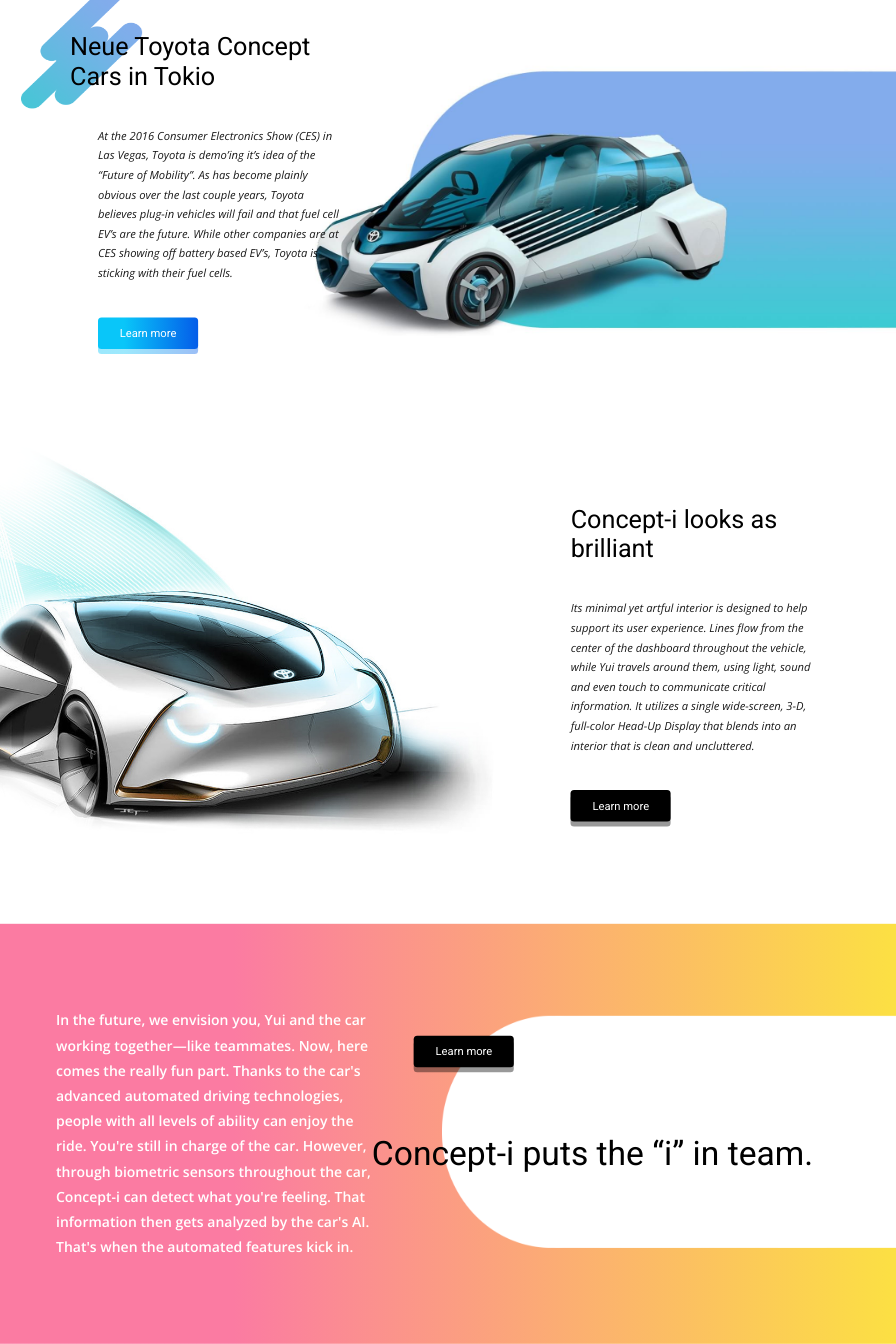
Repository: ThanhThn/Moto-Toyota
Page: index.html
These files come from the project's save history. The page is drawn as it stood at one moment and after the next save; the edit follows.
The browser window is 1280 px wide. The pictures show the part of the page from y = 2024 to 3944 px (the page is 3944 px tall), at 70% of full size.

Above is the page before, as saved 2022-07-07 13:27:27.

### index.html
<!DOCTYPE html>
<html lang="en">
<head>
    <meta charset="UTF-8">
    <meta http-equiv="X-UA-Compatible" content="IE=edge">
    <meta name="viewport" content="width=device-width, initial-scale=1.0">
    <title>Document</title>
    <!-- === CSS Files === -->
    <link rel="stylesheet" href="css/style.css">
</head>
<body>
    <!-- === Main Container Start === -->
    <div class="main-container">
        <!-- === Heading Start === -->
        <div class="heading">
            <div class="logo">
                <a href="#"><img src="images/logo.png" alt="logo"></a>
            </div>
            <div class="menu">
                <ul class="nav">
                    <li><a href="#" class="chossen">Home</a></li>
                    <li><a href="#">About</a></li>
                    <li><a href="#">Contact</a></li>
                </ul>
            </div>
        </div>
        <!-- === Heading End === -->
        <!-- === Content Start === -->
        <div class="content">
            <!-- === Slider start === -->
            <div class="slider-container">
                <img src="images/7502b12d9a12f809e3996ea2e26b5c30.jpeg" alt="">
                <div class="slider-content">
                    <h1>Toyota Concept-i Series</h1>
                    <p>Toyota Concept-i and its forward-thinking UX hold a mirror up to a future that is warm, friendly, engaging and, most of all—fun. Without further ado, meet Concept-i.</p>
                </div>
            </div>
            <!-- === Slider End === -->
            <!-- === Content Start === -->
            <section class="body-container-content">
                <img class="overflow-img img-defaut" src="images/6f5de08df6c1a4f14c65050e1ff59f2c.jpeg" alt="">
                <div class="body-content">
                    <h3 class="heading-content" >The future has arrived.</h3>
                    <p class="text-content">While we can't predict the future, we can inspire it. So what will our cars look like and how will they function? Will we drive them or will they drive us? That seems to be the question on everyone's mind. Well, we have an idea. Cars are for people who want to go to more places safely and efficiently</p>
                    <div class="yellow-btn">Learn more</div>
                    <img src="images/bd87ca380d82a1c6fad66fa9fc53bc48.png" alt=""  class="paint paint-1">
                </div>
                <img src="images/logo.png" alt="" class="logo-cover logo-body">

            </section>
            <section class="body-container-content">
                <div class="body-content">
                    <h3 class="heading-content">
                        <p>Less of a machine.</p>
                        <p>More of a pal.</p>
                    </h3>
                    <p class="text-content" style="margin-left:20px;">
                        Concept-i follows our belief that vehicles shouldn't start with technology—they should start, and end, with the experience of the people who use them. Therefore, Concept-i was built from the inside out, with a focus on making it immersive, energetic and, most importantly—approachable.
                    </p>
                    <div class="black-btn" style="margin-left:20px;">Learn more</div>
                </div>
                <img src="images/094e953db5791c71cbf6cb2692c9da18.jpeg" alt=""  class="img">
            </section>
            <!-- === Content End === -->
            <section class="body-container-content">
                <div class="body-content">
                    <h3 class="heading-content">
                        Neue Toyota Concept Cars in Tokio
                    </h3>
                    <p class="text-content">
                        At the 2016 Consumer Electronics Show (CES) in Las Vegas, Toyota is demo’ing it’s idea of the “Future of Mobility”.  As has become plainly obvious over the last couple years, Toyota believes plug-in vehicles will fail and that fuel cell EV’s are the future.  While other companies are at CES showing off battery based EV’s, Toyota is sticking with their fuel cells.
                    </p>
                    <div class="blue-btn">Learn more</div>
                    <img src="images/93c8d638317c741291e390fb2c10a215.png" alt="" class="paint paint-2">
                </div>
                <img src="images/8be8de663c4ab7eee8b3e53c31cbb581.jpeg" alt=""  class="img" id="img-center">
            </section>
            <section class="body-container-content">
                <img src="images/4c134e2df3106c5e28f93f94161e3242.png" alt=""  class="overflow-img img-defaut" style="width: 760px; height: 636px;">
                <div class="body-content" style="margin-bottom: 60px; margin-right: 80px;">
                    <h3 class="heading-content" >
                        Concept-i looks as brilliant
                    </h3>
                    <p class="text-content" style="margin-left:20px;">
                        Its minimal yet artful interior is designed to help support its user experience. Lines flow from the center of the dashboard throughout the vehicle, while Yui travels around them, using light, sound and even touch to communicate critical information. It utilizes a single wide-screen, 3-D, full-color Head-Up Display that blends into an interior that is clean and uncluttered.
                    </p>
                    <div class="black-btn" style="margin-left:20px;">Learn more</div>
                </div>
            </section>
            <section class="content-center body-container-content">
                <div  class="text-content" id="text">
                    <p>
                        In the future, we envision you, Yui and the car working together—like teammates. Now, here comes the really fun part. Thanks to the car's advanced automated driving technologies, people with all levels of ability can enjoy the ride. You're still in charge of the car. However, through biometric sensors throughout the car, Concept-i can detect what you're feeling. That information then gets analyzed by the car's AI. That's when the automated features kick in.
                    </p>
                </div>
                <div class="i-team">
                    <img src="images/c7a5eef7434a3c41abc67dbea4472211.png" alt="">
                    <div>
                        <h3>Concept-i puts the “i” in team.</h3>
                        <div class="black-btn" id="black-btn-1">Learn more</div>
                    </div>
                </div>
            </section>
        </div>
        <!-- === Content End === -->
    </div>
    <!-- === Main Container End === -->
    <!-- === JS Files === -->
    <script src="js/script.js"></script>
</body>
</html>

### css/style.css
@import url('https://fonts.googleapis.com/css2?family=Open+Sans:ital,wght@0,600;0,700;1,400;1,600&family=Roboto&display=swap');
:root{
    --text: #1a1a1a;
    --text-chossen:#478ac9;
    --heading-family: 'Roboto', sans-serif;
    --body-family: 'Open Sans', sans-serif;
}
*
{
    margin: 0;
    padding: 0;
    outline: none;
    text-decoration: none;
    box-sizing: border-box;
}
.overflow-img
{
    overflow: hidden;
}

.img-defaut
{
    object-fit: cover;
}
.logo-cover
{
    width: 65px !important;
    height: 60px !important;
    opacity: 0.25;
}
.paint
{
    width: 173px  !important;
    height: 186px !important;
    position: absolute;
    z-index: -1;
}
.heading
{
    height: 115px;
    width: 100%;
    display : flex;
    justify-content: space-around;
}
.heading .logo{
    width: 92px;
    height: 92px;
    margin-top: 11.5px;
}
.heading .logo a img
{
    width: 92px;
    height: 92px;
}
.heading .menu .nav
{
    font-family:var(--body-family);
    font-size: 16px;
    font-weight: 700;
    list-style: none;
    display: flex;
    padding: 14px 0px 14px 0px;
    margin-top: 50px;
}
.heading .menu .nav li
{
    padding: 0px 20px 0px 20px;
}
.heading .menu .nav  li a
{
    color: var(--text);
}
.chossen
{
    color: var(--text-chossen) !important;
}

.slider-container
{
    text-align: center;
}
.slider-container img
{
    display: block;
    height: 260px;
    width: 820px;
    margin-left: auto;
    margin-right: auto;
    margin-top: 54px;
}
.slider-content
{
    width: 784px;
    height: 324px;
    margin-left: auto;
    margin-right: auto;
    margin-top: 20px;
}
.slider-content h1
{
    font-family: var(--heading-family);
    font-size: 72px;
    font-weight: 400;
    padding: 20px 13px 0 13px ;
}
.slider-content p
{
    font-family: var(--body-family);
    font-size: 20px;
    font-style: italic;
    opacity: 0.6;
    font-weight: 600;
    padding: 20px 13px 0 13px ;
}
.body-container-content
{
    display: flex;
    margin: 99px auto 0 0;
    align-items: flex-end;
    justify-content: space-between;
}

.body-container-content img
{
    width:  calc(((100% - 1140px) / 2) + 656px);;
    display: block;
    height: 464px;
    object-position: 100% 0%;
    background-position: 100% 0%;
}

.body-container-content .body-content
{
    position: relative;
    width: 430px;
    height: 480px;
    margin-left: 80px;

    z-index: 1;
}

.body-content .heading-content
{
    font-family: var(--heading-family);
    font-size: 36px;
    font-weight: 400;
    margin: 40px 0 0 20px;
}
.body-content .text-content
{
    font-family: var(--body-family);
    font-weight: 400;
    opacity: 0.9;
    font-style: italic;
    margin: 50px 20px 0 60px;
    word-wrap: break-word;
    line-height: 28px;
}

.yellow-btn
{
    color: #fff;
    width: 143px;
    height: 45px;
    background-image: linear-gradient(to left, #fce043 0%, #fb7ba2 74%);
    border: none;
    border-radius: 5px ;
    display: flex;
    justify-content: center;
    align-items: center;
    font-family: var(--heading-family);
    margin: 50px 0 0 60px;
}
.yellow-btn::before {
    content: "";
    background: linear-gradient(to left, #fce043 0%, #fb7ba2 74%);
    position: absolute;
    opacity: 0.4;
    width: 143px;
    height: 45px;
    border-radius: 5px;
    transform: translateY(7px);
    z-index: -1;
}
.black-btn
{
    background-color: #000;
    color: #fff;
    box-shadow: 0 7px rgba(0, 0, 0, 0.4);
    width: 143px;
    height: 45px;
    border: none;
    border-radius: 5px ;
    display: flex;
    justify-content: center;
    align-items: center;
    font-family: var(--heading-family);
    margin: 50px 0 0 60px;
}
.black-btn:active
{
    transform: translateY(7px);
    box-shadow: none;
}

.blue-btn
{
    color: #fff;
    width: 143px;
    height: 45px;
    background-image: linear-gradient(to left, #045de9 0%, #09c6f9 74%);
    border: none;
    border-radius: 5px ;
    display: flex;
    justify-content: center;
    align-items: center;
    font-family: var(--heading-family);
    margin: 50px 0 0 60px;
}
.blue-btn::before {
    content: "";
    background: linear-gradient(to left, #045de9 0%, #09c6f9 74%);
    position: absolute;
    opacity: 0.4;
    width: 143px;
    height: 45px;
    border-radius: 5px;
    transform: translateY(7px);
    z-index: -1;
}

.body-container-content .logo-body
{
    position: relative;
    top: -30px;
    right: 1100px;
}

.body-container-content .paint-1
{
    top: -36px;
    right: 308px;
}
.body-container-content .paint-2
{
    top: -36px;
    left: -50px;
}
.body-container-content .img
{
    width: 860px;
    height: 400px;
    position: absolute;
    right: 0;
}
.body-container-content #img-center
{
    margin: auto 0 auto 0;
}
.content-center
{
    display: flex;
    height: 600px;
    background-image: linear-gradient(to left, #fce043 0%, #fb7ba2 74%);;
}
#text
{
    width: 480px;
    font-family: var(--body-family);
    font-size: 20px;
    font-weight: 600 ;
    color: #fff;
    margin: auto 0 auto 80px;
    line-height: 36px;
}
.i-team
{
    position: relative;
    margin: auto 0 auto 0;
}
.content-center img
{
    width: 100%;
    height: 400px;
}
.content-center h3
{
    font-family: var(--heading-family);
    font-weight: 400;
    font-size: 48px;
    position: absolute;
    top: 200px;
    bottom: auto;
}
.i-team #black-btn-1
{
    position: absolute;
    top: 10px;
}

Loaded but not shown: js/script.js (no copy from this time; the picture is the same without it)

After the next save:
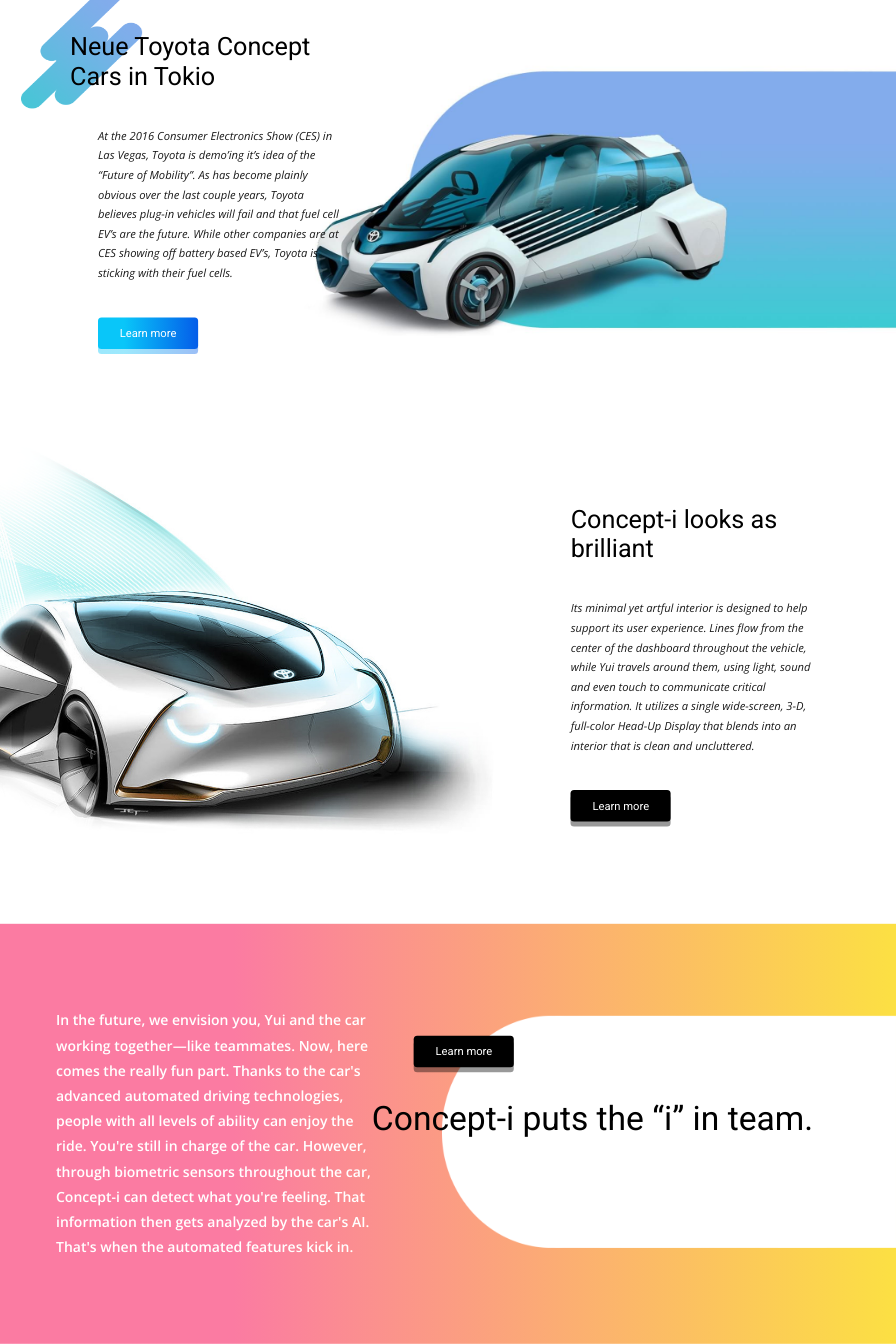
Saved 5 s later.
--- a/css/style.css
+++ b/css/style.css
@@ -289,7 +289,7 @@
     font-weight: 400;
     font-size: 48px;
     position: absolute;
-    top: 200px;
+    top: 150px;
     bottom: auto;
 }
 .i-team #black-btn-1
